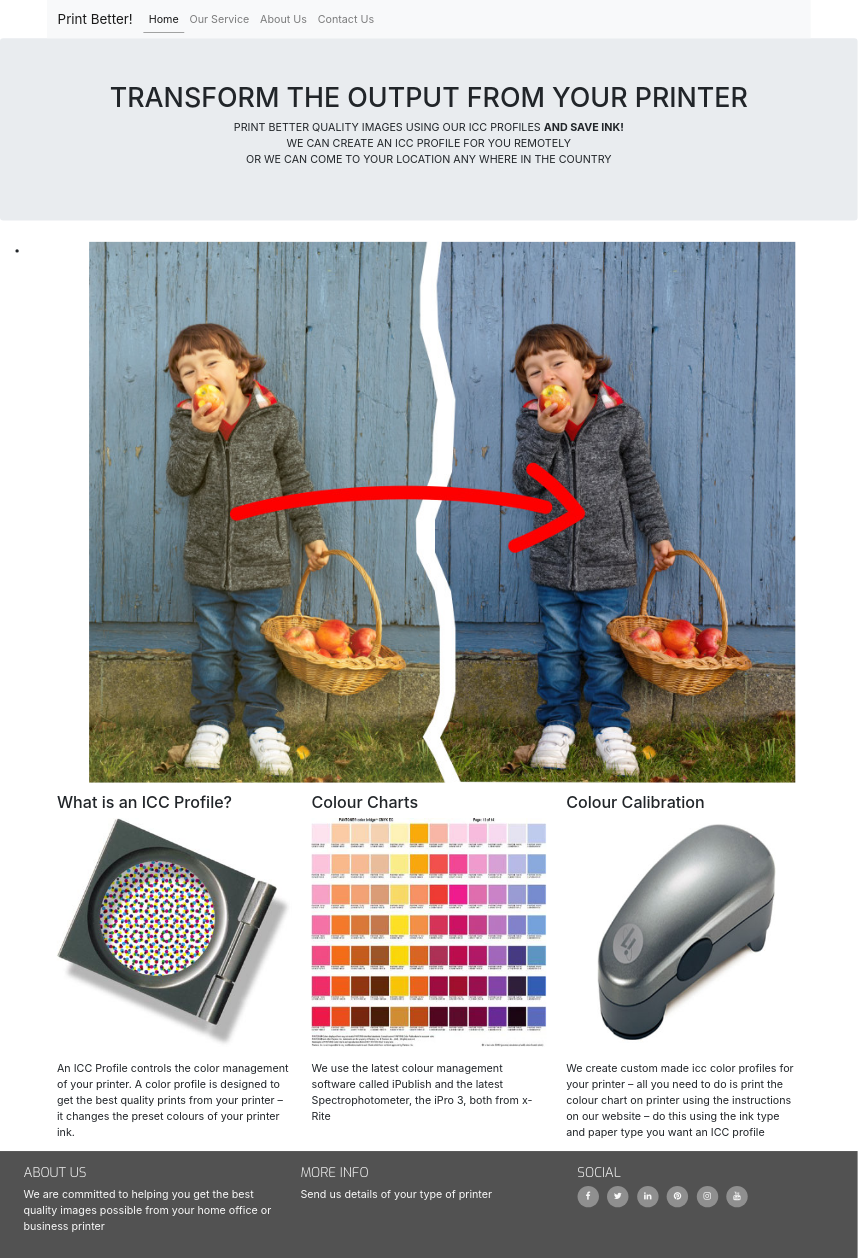
Repository: marks530/first_milestone
Page: navbar2.html
The author's editor kept a copy of each file at every save. The page is drawn from the files as they stood at one save, then again after the next save.
The browser window is 1280 px wide. The pictures show the whole page, at 67% of full size.
Some web libraries are served in a nearby version.

Above is the page before, as saved 2021-03-17 14:55:56.

### navbar2.html
<!DOCTYPE html>
<html lang="en">

<head>
    <meta charset="UTF-8">
    <meta http-equiv="X-UA-Compatible" content="IE=edge">
    <meta name="viewport" content="width=device-width, initial-scale=1.0">
    <link href="css/style.css" rel="stylesheet" type="text/css" />
    <link rel="stylesheet" href="https://maxcdn.bootstrapcdn.com/bootstrap/4.2.1/css/bootstrap.min.css" type="text/css" />
    <link rel="stylesheet" href="https://maxcdn.bootstrapcdn.com/font-awesome/4.7.0/css/font-awesome.min.css" type="text/css" />
    <link rel="stylesheet" href="https://cdnjs.cloudflare.com/ajax/libs/hover.css/2.1.1/css/hover-min.css" type="text/css" />
    <link href='https://fonts.googleapis.com/css?family=Roboto:100,200,300,400' rel='stylesheet' type='text/css'>

    <title>Navbar Test</title>

</head>

<body>
    <nav class="navbar navbar-custom navbar-expand-lg navbar-light bg-light container">
        <a class="navbar-brand" href="#">Print Better!</a>
        <button class="navbar-toggler" type="button" data-toggle="collapse" data-target="#navbarSupportedContent" aria-controls="navbarSupportedContent" aria-expanded="false" aria-label="Toggle navigation">
            <span class="navbar-toggler-icon"></span>
            </button>

        <div class="collapse navbar-collapse" id="navbarSupportedContent">
            <ul class="navbar-nav mr-auto">
                <li class="nav-item active">
                    <a class="nav-link" href="#">Home <span class="sr-only">(current)</span></a>
                </li>
                <li class="nav-item">
                    <a class="nav-link" href="#">Our Service</a>
                </li>
                <li class="nav-item">
                    <a class="nav-link" href="#">About Us</a>
                </li>
                <li class="nav-item">
                    <a class="nav-link" href="#">Contact Us</a>
                </li>
            </ul>

        </div>
    </nav>
    <section>
        <div class="jumbotron text-center">
            <h1 class="uppercase">Transform the output from your Printer</h1>
            <p class="uppercase">Print better quality images using our ICC profiles <strong>and save ink!</strong><br>We can create an ICC profile for you remotely <br>or we can come to your location any where in the country
            </p>
        </div>
    </section>
    <section>
        <div>
            <ul>
                <li>
                    <img src="images/before-after-profile.jpg" class="center">
                </li>

            </ul>
        </div>
    </section>

    <div class="container">
        <div class="row">
            <div class="col-sm-4">
                <h4>What is an ICC Profile?</h4>
                <img src="images/Loupe.png" class="old-new" id="reduce">
                <p class="shift">An ICC Profile controls the color management of your printer. A color profile is designed to get the best quality prints from your printer – it changes the preset colours of your printer ink.</p>

            </div>
            <div class="col-sm-4">
                <h4>Colour Charts</h4>
                <img src="images/color-chart.jpg" class="old-new" id="reduce">
                <p class="shift">We use the latest colour management software called iPublish and the latest Spectrophotometer, the iPro 3, both from x-Rite </p>

            </div>
            <div class="col-sm-4">
                <h4>Colour Calibration</h4>
                <img src="images/xRite.jpg" class="old-new" id="reduce">
                <p class="shift">We create custom made icc color profiles for your printer – all you need to do is print the colour chart on printer using the instructions on our website – do this using the ink type and paper type you want an ICC profile</p>
            </div>
        </div>
    </div>

    </section>
    <footer class="container-fluid">
        <div id="footer-details" class="row">
            <div class="col-sm-4">
                <h5 class="uppercase general-sub">About Us</h5>
                <p class="inline-block">
                    We are committed to helping you get the best quality images possible from your home office or business printer
                </p>
            </div>
            <div class="col-sm-4">
                <h5 class="uppercase general-sub">More Info</h5>
                <p class="inline-block">
                    Send us details of your type of printer
                </p>
            </div>
            <div class="col-sm-4">
                <h5 class="uppercase general-sub">Social</h5>
                <ul class="list-inline social-links">
                    <li class="list-inline-item">
                        <a target="_blank" href="#">
                            <i class="fa fa-facebook" aria-hidden="true"></i>
                            <span class="sr-only">Facebook</span>
                        </a>
                    </li>
                    <li class="list-inline-item">
                        <a target="_blank" href="#">
                            <i class="fa fa-twitter" aria-hidden="true"></i>
                            <span class="sr-only">Twitter</span>
                        </a>
                    </li>
                    <li class="list-inline-item">
                        <a target="_blank" href="#">
                            <i class="fa fa-linkedin" aria-hidden="true"></i>
                            <span class="sr-only">LinkedIn</span>
                        </a>
                    </li>
                    <li class="list-inline-item">
                        <a target="_blank" href="#">
                            <i class="fa fa-pinterest" aria-hidden="true"></i>
                            <span class="sr-only">Pinterest</span>
                        </a>
                    </li>
                    <li class="list-inline-item">
                        <a target="_blank" href="#">
                            <i class="fa fa-instagram" aria-hidden="true"></i>
                            <span class="sr-only">Instagram</span>
                        </a>
                    </li>
                    <li class="list-inline-item">
                        <a target="_blank" href="#">
                            <i class="fa fa-youtube" aria-hidden="true"></i>
                            <span class="sr-only">YouTube</span>
                        </a>
                    </li>
                </ul>
            </div>
        </div>
    </footer>
    <script src="https://cdnjs.cloudflare.com/ajax/libs/popper.js/1.12.9/umd/popper.min.js" integrity="sha384-ApNbgh9B+Y1QKtv3Rn7W3mgPxhU9K/ScQsAP7hUibX39j7fakFPskvXusvfa0b4Q" crossorigin="anonymous"></script>
    <script src="https://code.jquery.com/jquery-3.2.1.slim.min.js" integrity="sha384-KJ3o2DKtIkvYIK3UENzmM7KCkRr/rE9/Qpg6aAZGJwFDMVNA/GpGFF93hXpG5KkN" crossorigin="anonymous"></script>
    <script src="https://maxcdn.bootstrapcdn.com/bootstrap/4.0.0/js/bootstrap.min.js" integrity="sha384-JZR6Spejh4U02d8jOt6vLEHfe/JQGiRRSQQxSfFWpi1MquVdAyjUar5+76PVCmYl" crossorigin="anonymous"></script>
</body>

</html>

### css/style.css
@import url('https://fonts.googleapis.com/css?family=Roboto:100,200,300,400,500,600,700|Exo:100,200,300,400,500,600,700');
body {
    font-family: Roboto;
    color: #777777
}

h2 {
    font-family: Exo;
    text-transform: uppercase;
    letter-spacing: 14px;
    color: #555555
}

#logo {
    float: left;
    font-size: 280%;
    margin-left: 120px;
}

#menu {
    font-size: 140%;
    list-style-type: none;
    letter-spacing: 1px;
    margin-right: 120px;
}

#menu {
    line-height: 75px;
}

#menu li {
    float: right;
    margin-right: 20px;
}

#menu a {
    text-decoration: none;
    color: inherit;
}

#menu a:hover {
    border-bottom: 1px solid #777777;
}

.active {
    border-bottom: 1px solid #777777;
}

.center {
    display: block;
    margin-left: auto;
    margin-right: auto;
    width: 85%;
}

.old-new {
    max-width: 100%;
    height: auto;
    object-fit: contain;
}

#move-image-down {
    margin-top: 30px;
}

.jumbotron {
    padding-left: 20px;
    padding-right: 20px;
}


/*---------------Special paddings/margins/text */

h1,
h2,
h3,
h4 {
    margin: 0;
}

.uppercase {
    text-transform: uppercase;
}

.general-sub {
    font-family: "Exo", sans serif;
    font-weight: 300;
    color: #fafafa;
}

.shift {
    margin-top: 20px;
}


/*----------------------------------Footer */

footer {
    background-color: #525252;
    color: #fafafa;
    min-height: 120px;
    margin: 0;
}

.inline-block {
    display: inline-block;
}

.social-links {
    padding-bottom: 15px;
}

.social-links li a i {
    width: 32px;
    height: 32px;
    padding: 12px 0;
    border-radius: 50%;
    font-size: 13px;
    line-height: 7px;
    text-align: center;
    color: #fafafa;
    background: #8f8f8f;
    transition: all 0.35s ease-in-out;
    -moz-transition: all 0.35s ease-in-out;
    -webkit-transition: all 0.35s ease-in-out;
    -o-transition: all 0.35s ease-in-out;
}

.social-links li a i:hover {
    background: #e84610;
}

#footer-details {
    padding: 20px;
}

After the next save:
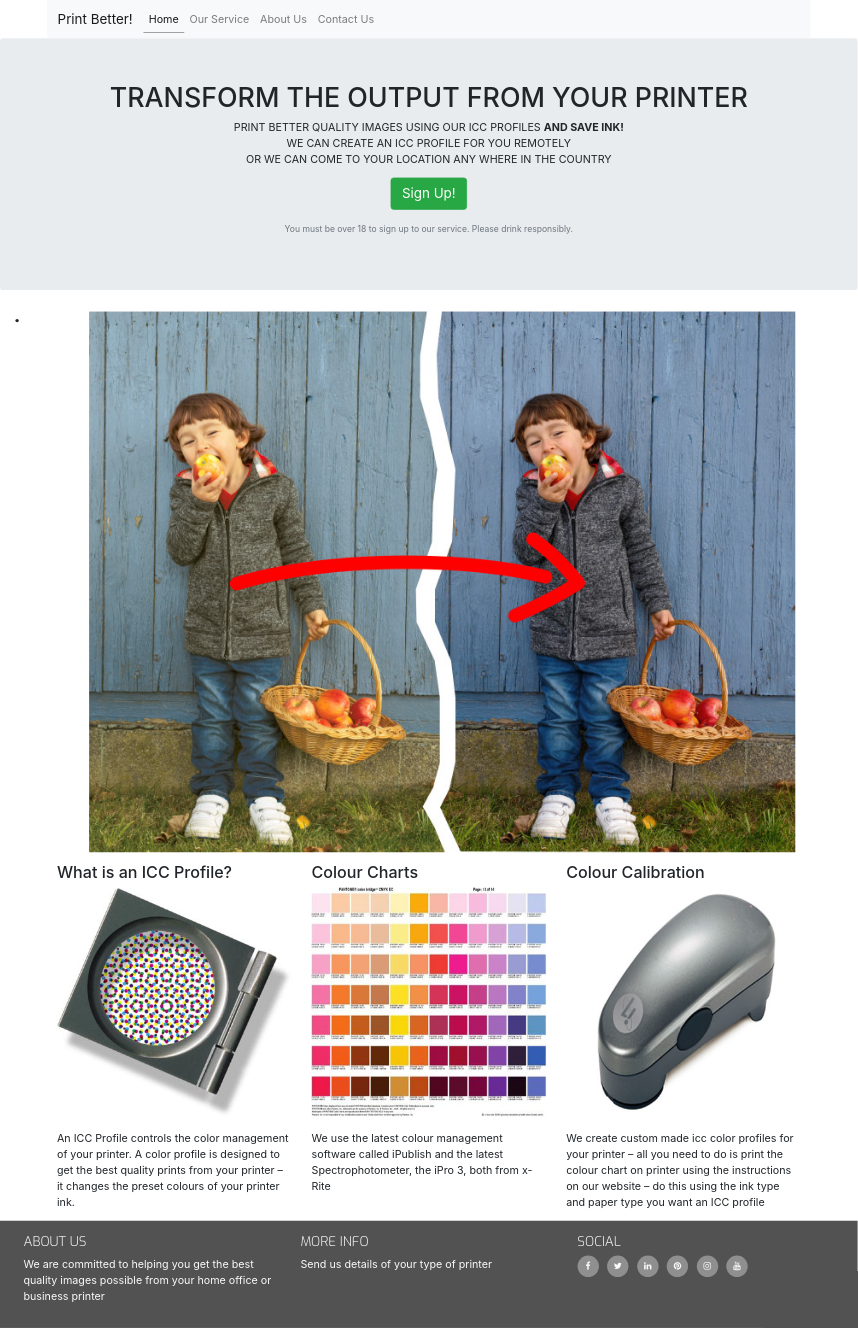
Saved 5 min 59 s later.
--- a/navbar2.html
+++ b/navbar2.html
@@ -45,6 +45,8 @@
             <h1 class="uppercase">Transform the output from your Printer</h1>
             <p class="uppercase">Print better quality images using our ICC profiles <strong>and save ink!</strong><br>We can create an ICC profile for you remotely <br>or we can come to your location any where in the country
             </p>
+            <p><button class="btn btn-lg btn-success" data-toggle="modal" data-target="#signUpModal">Sign Up!</button></p>
+            <p class="text-muted"><small>You must be over 18 to sign up to our service. Please drink responsibly.</small></p>
         </div>
     </section>
     <section>
